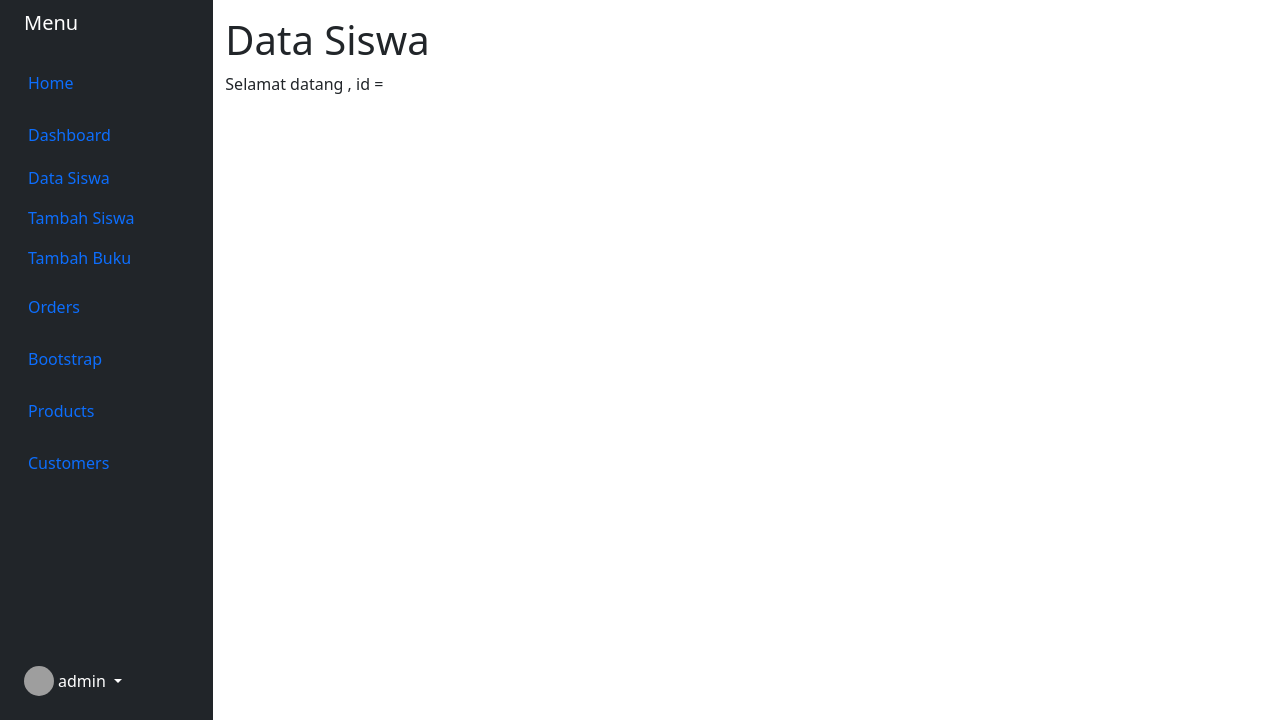
Repository: ervina991/uas-headless-cms
Page: /admin/_datasiswa
An editor plug-in stored every save of this project. The page is shown before and after the next save, followed by the edit.
The browser window is 1280 px wide. The pictures show the whole page.
Pictures or frames that could not be fetched are drawn as grey boxes. The project was rebuilt for these pictures with package versions that can differ from the ones it lists, and the page was loaded fresh each time. The framework's server and built-in components were replaced by stand-ins that run in the browser. Also part of the build but not shown: next.config.js.

Above is the page before, as saved 2023-01-16 19:10:24.

After the next save:
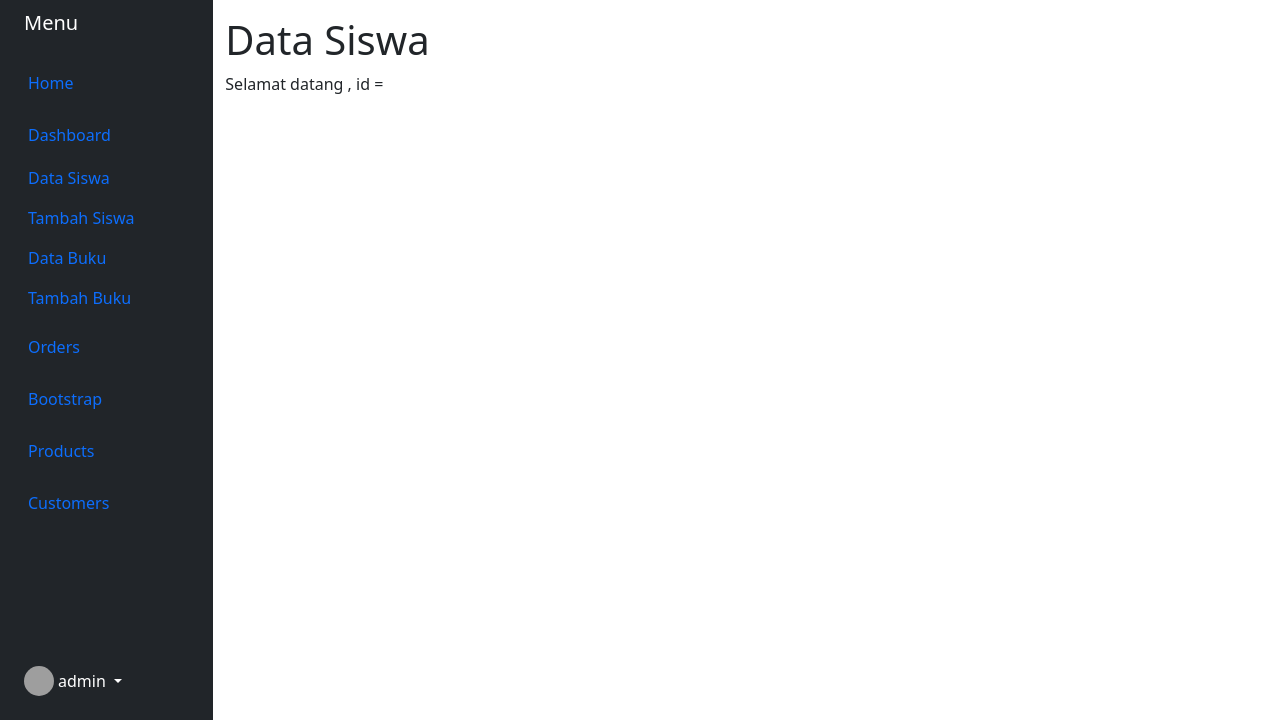
Saved 3 min 15 s later.
--- a/components/admin/SideBar.js
+++ b/components/admin/SideBar.js
@@ -49,6 +49,14 @@ const SideBar = ({ children }) => {
                                                 <a className="nav-link px-0"> <span className="d-none d-sm-inline">Tambah Siswa</span></a>
                                             </Link>
                                         </li>
+                                        <li className="w-100">
+                                            <Link href={"/admin/buku-gql/databuku"}>
+                                                <a className="nav-link px-0">
+                                                    <span className="d-none d-sm-inline">Data Buku</span>
+                                                </a>
+                                            </Link>
+                                        </li>
+
                                         <li>
                                             <Link href={"/admin/buku/createbuku"}>
                                                 <a className="nav-link px-0"> <span className="d-none d-sm-inline">Tambah Buku</span></a>
